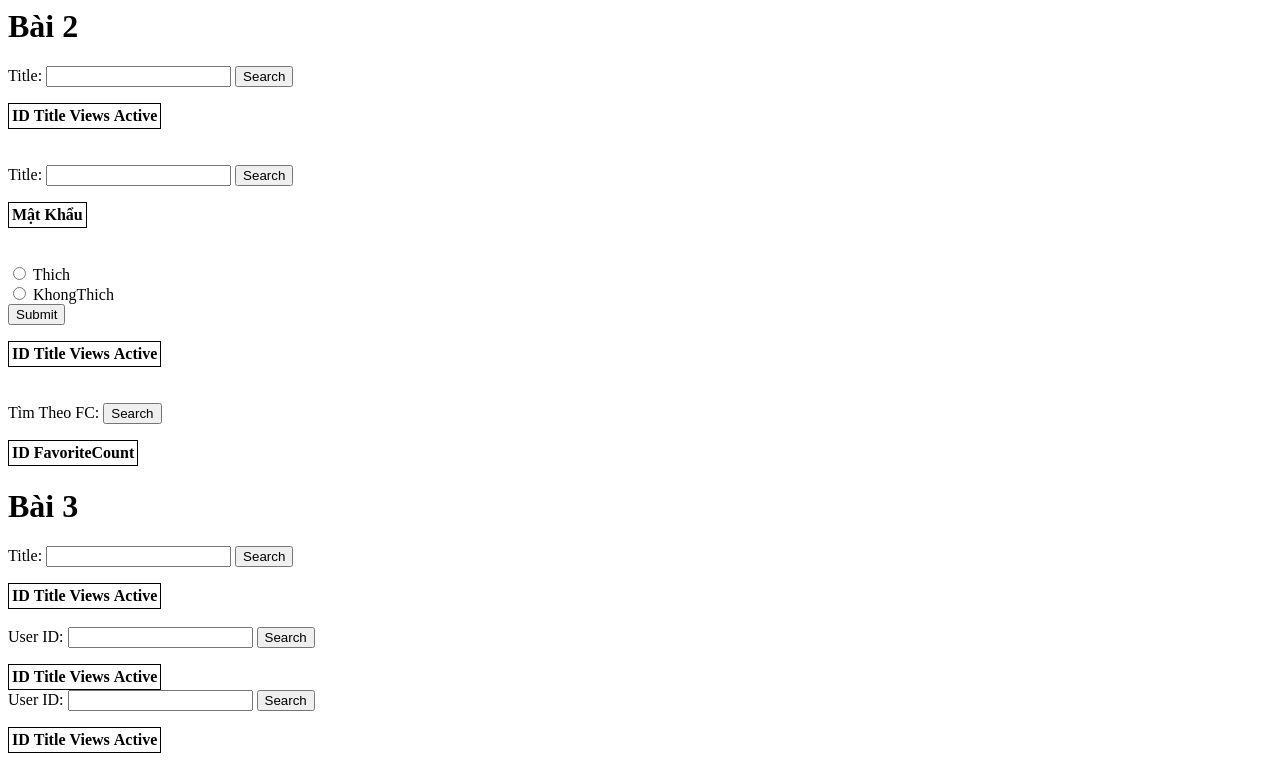
Repository: Hacorbie/Java-Servlet
Page: http://localhost/ASM_JV4/views/NewFile.jsp
These files come from the project's save history. The page is drawn as it stood at one moment and after the next save; the edit follows.
The browser window is 1280 px wide. The pictures show the whole page.
The page is served by Tomcat 9. Other server files are loaded and not shown. The template is opened directly, without the code that normally fills it, so the values that code supplies are empty.

Above is the page before, as saved 2023-04-05 07:58:52.

### ASM_JV4/src/main/webapp/views/NewFile.jsp
<%@ taglib uri="http://java.sun.com/jsp/jstl/core" prefix="c"%>
<%@ page language="java" contentType="text/html; charset=UTF-8"
	pageEncoding="UTF-8"%>
<html>
<meta charset="UTF-8">
<head>
<title>Search Videos</title>
</head>
<body>
	<h1>Bài 2</h1>
	<c:url var =  "url" value ="/Lab6"></c:url>
	<form action="${url}/SearchVid" method="POST">
		<label>Title:</label> <input type="text" name="searchvid">
		<button type="submit">Search</button>
	</form>
	<table style="border: 1px solid black">
		<thead>
			<tr>
				<th>ID</th>
				<th>Title</th>
				<th>Views</th>
				<th>Active</th>
			</tr>
		</thead>
		<tbody>
			<c:forEach items="${videos}" var="video">
				<tr>
					<td>${video.id}</td>
					<td>${video.title}</td>
					<td>${video.views}</td>
					<td>${video.active}</td>
				</tr>
			</c:forEach>
		</tbody>
	</table>
	<br>
	<br>
	<form action="${url}/SearchUser" method="POST">
		<label>Title:</label> <input type="text" name="searchUserByVid">
		<button type="submit">Search</button>

	</form>
	<table style="border: 1px solid black">
			<thead>
				<tr>
					<th>Mật Khẩu</th>

				</tr>
			</thead>
			<tbody>
				<c:forEach items="${users}" var="user">
					<tr>
						<td>${user.password}</td>
					</tr>
				</c:forEach>
			</tbody>
		</table>
		<br> <br>
	<form action="${url}/SearchVidByF" method="POST">
		<input type="radio" name ="thichh" value = "yes" >
			<label> Thich</label><br>
			<input type="radio" name ="thichh" value = "no">
			<label> KhongThich</label><br>
				<input type="submit" />
	</form>
			<table style="border: 1px solid black">
			<thead>
				<tr>
					<th>ID</th>
					<th>Title</th>
					<th>Views</th>
					<th>Active</th>

				</tr>
			</thead>
			<tbody>
				<c:forEach items="${videofs}" var="videof">
					<tr>
						<td>${videof.id}</td>
						<td>${videof.title}</td>
						<td>${videof.views}</td>
						<td>${videof.active}</td>
					</tr>
				</c:forEach>
			</tbody>
		</table>
		<br> <br>
	<form action="${url}/SearchVidByCount" method="POST">
	<label>Tìm Theo FC:</label>
		<button type="submit">Search</button>
	</form>

			<table style="border: 1px solid black">
			<thead>
				<tr>
					<th>ID</th>
					<th>FavoriteCount</th>

				</tr>
			</thead>
			<tbody>
				<c:forEach items="${rps}" var="rp">
					<tr>
						<td>${rp.groupp}</td>
					<td>${rp.likes}</td>
					</tr>
				</c:forEach>
			</tbody>
		</table>
		<h1>Bài 3</h1>
		<form action="${url}/SearchVid" method="POST">
		<label>Title:</label> <input type="text" name="searchvid">
		<button type="submit">Search</button>
	</form>
	<table style="border: 1px solid black">
		<thead>
			<tr>
				<th>ID</th>
				<th>Title</th>
				<th>Views</th>
				<th>Active</th>
			</tr>
		</thead>
		<tbody>
			<c:forEach items="${videoss}" var="videosss">
				<tr>
					<td>${videosss.id}</td>
					<td>${videosss.title}</td>
					<td>${videosss.views}</td>
					<td>${videosss.active}</td>
				</tr>
			</c:forEach>
		</tbody>
	</table>
	<br>
	<form action="${url}/SearchVidByU" method="POST">
		<label>User ID:</label> <input type="text" name="searchvivi">
		<button type="submit">Search</button>
	</form>
	<table style="border: 1px solid black">
		<thead>
			<tr>
				<th>ID</th>
				<th>Title</th>
				<th>Views</th>
				<th>Active</th>
			</tr>
		</thead>
		<tbody>
			<c:forEach items="${vivis}" var="vivi">
				<tr>
					<td>${vivi.id}</td>
					<td>${vivi.title}</td>
					<td>${vivi.views}</td>
					<td>${vivi.active}</td>
				</tr>
			</c:forEach>
		</tbody>
	</table>
	<form action="${url}/SearchVidByM" method="POST">
		<label>User ID:</label> <input type="text" name="searchvivi">
		<button type="submit">Search</button>
	</form>
	<table style="border: 1px solid black">
		<thead>
			<tr>
				<th>ID</th>
				<th>Title</th>
				<th>Views</th>
				<th>Active</th>
			</tr>
		</thead>
		<tbody>
			<c:forEach items="${vivis}" var="vivi">
				<tr>
					<td>${vivi.id}</td>
					<td>${vivi.title}</td>
					<td>${vivi.views}</td>
					<td>${vivi.active}</td>
				</tr>
			</c:forEach>
		</tbody>
	</table>
</body>
</html>

After the next save:
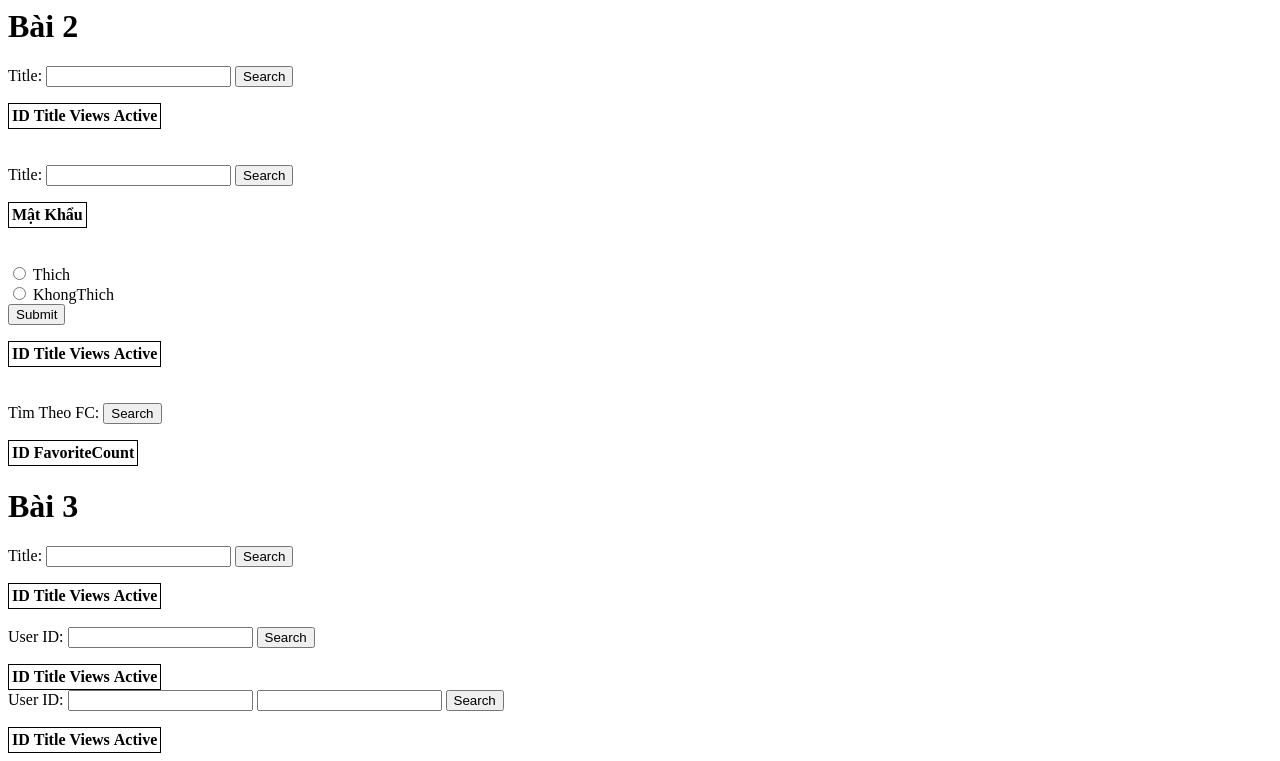
Saved 11 s later.
--- a/ASM_JV4/src/main/webapp/views/NewFile.jsp
+++ b/ASM_JV4/src/main/webapp/views/NewFile.jsp
@@ -158,7 +158,7 @@
 		</tbody>
 	</table>
 	<form action="${url}/SearchVidByM" method="POST">
-		<label>User ID:</label> <input type="text" name="searchvivi">
+		<label>User ID:</label> <input type="text" name="searchvivi"> <input type="text" name="searchvivi">
 		<button type="submit">Search</button>
 	</form>
 	<table style="border: 1px solid black">
